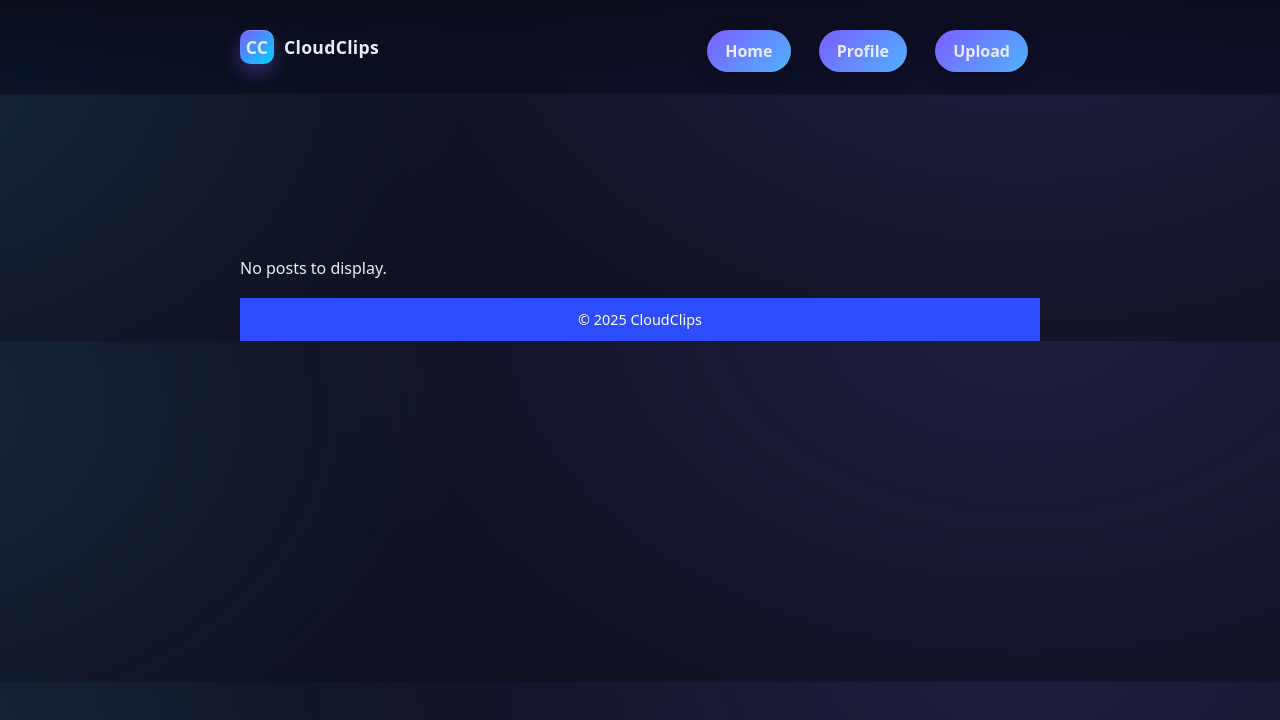
Repository: burhannaseer/CloudClips
Page: index.html
These files come from the project's save history. The page is drawn as it stood at one moment and after the next save; the edit follows.
The browser window is 1280 px wide. The pictures show the whole page.

Above is the page before, as saved 2025-08-14 13:45:54.

### index.html
<!DOCTYPE html>
<html lang="en">
<head>
  <meta charset="UTF-8"/>
  <meta name="viewport" content="width=device-width,initial-scale=1.0"/>
  <title>CloudClips</title>
  <link rel="stylesheet" href="styles.css"/>
  <script src="global.js"></script>
</head>
<header class="navbar">
  <div class="container navbar-inner">
    <a class="brand" href="index.html">
      <span class="brand-badge">CC</span>
      CloudClips
    </a>
    <div class="nav-actions">
      <!-- <button class="theme-toggle btn btn-outline btn-pill" type="button">Toggle Theme</button> -->
      <!-- <a class="btn btn-primary btn-pill" href="upload.html">Upload</a> -->
      <nav>
        <a class="btn btn-primary btn-pill" href="index.html">Home</a>
        <a class="btn btn-primary btn-pill" href="profile.html">Profile</a>
        <a class="btn btn-primary btn-pill" href="upload.html">Upload</a>
        <!-- <a href="signin.html">Sign In</a> -->

      </nav>
    </div>
  </div>
</header>
<section class="reveal" class="hero container reveal">
  <h1>Share moments. Inspire more — with <strong>CloudClips</strong>.</h1>
  <p>Fast uploads, smooth playback, and a sleek new look. Explore trending clips or create your own.</p>
  <div class="mt-4">
    <a class="btn btn-primary btn-pill" href="signup.html">Get Started</a>
    <a class="btn btn-outline btn-pill" href="signin.html">Sign in</a>
  </div>
</section>

  <!-- <header class="container">
    <h1>CloudClips</h1>
    <nav>
      <a href="index.html">Home</a>
      <a href="profile.html">Profile</a>
      <a href="upload.html">Upload</a>
       <a href="signin.html">Sign In</a> -->



  <main class="container">
    <div id="feed" class="feed"></div>
  </main>

  <footer class="container">&copy; 2025 CloudClips</footer>

  <script>
    // Render all posts (same JS as before, but with action buttons wired in)
    function renderPosts(containerId, onlyUserPosts = false) {
      const container = document.getElementById(containerId);
      if (!container) return;

      const posts = JSON.parse(localStorage.getItem('posts')) || [];
      const user = JSON.parse(localStorage.getItem('loggedInUser'));
      const filtered = onlyUserPosts && user
        ? posts.filter(p => p.userEmail === user.email)
        : posts;

      container.innerHTML = filtered.length
        ? filtered.map((p,i) => `
          <div class="post">
            <h3>${p.title || 'Untitled'}</h3>
            ${p.type.startsWith('video')
              ? `<video controls><source src="${p.media}" type="${p.type}"></video>`
              : `<img src="${p.media}" alt="">`
            }
            <p>${p.description}</p>
            <div class="actions">
              <button onclick="likePost(${i})">❤️ ${p.likes}</button>
              <button onclick="sharePost(${i})" title="Share">🔗</button>
              <button onclick="savePost(${i})" title="Save">💾</button>
            </div>
          </div>
        `).join('')
        : '<p>No posts to display.</p>';
    }

    // Wire up home page
    document.addEventListener('DOMContentLoaded', () => renderPosts('feed', false));

    // Existing functions: likePost, sharePost, savePost (implemented in your JS file)
  </script>
</body>
</html>

### styles.css
/* Clean Classic Instagram Clone Theme */

body {
  font-family: Arial, sans-serif;
  background-color: #f5f5f5;
  color: hsl(212, 100%, 51%);
  margin: 0;
  padding: 0;
}

.container {
  width: 90%;
  max-width: 800px;
  margin: 0 auto;
}

header {
  background-color: #2e4dff;
  color: white;
  padding: 15px 0;
  text-align: center;
}

header h1 {
  margin: 0;
  font-size: 1.6em;
}

header nav {
  margin-top: 10px;
}

header nav a {
  color: white;
  text-decoration: none;
  margin: 0 12px;
  font-weight: bold;
}

header nav a:hover {
  text-decoration: underline;
}

main {
  margin-top: 30px;
}

form {
  background-color: white;
  padding: 20px;
  border-radius: 8px;
  margin-bottom: 30px;
  box-shadow: 0 0 5px rgba(0, 0, 0, 0.1);
}

input, textarea {
  width: 100%;
  margin-bottom: 15px;
  padding: 10px;
  font-size: 1rem;
  border: 1px solid #ccc;
  border-radius: 4px;
}

input[type="file"] {
  padding: 6px;
}

button {
  padding: 10px 15px;
  background-color: #333;
  color: white;
  border: none;
  border-radius: 4px;
  font-weight: bold;
  cursor: pointer;
}

button:hover {
  background-color: #555;
}

.feed {
  display: flex;
  flex-direction: column;
  gap: 20px;
}

.post {
  background-color: white;
  border-radius: 10px;
  padding: 15px;
  box-shadow: 0 0 10px rgba(0,0,0,0.05);
}

.post h3 {
  margin-bottom: 10px;
  font-size: 1.2rem;
}

.post img,
.post video {
  width: 100%;
  border-radius: 6px;
  margin-bottom: 10px;
}

.post p {
  margin: 0 0 10px;
}

.actions {
  display: flex;
  justify-content: start;
  gap: 15px;
  font-size: 1.2rem;
}

.actions span {
  cursor: pointer;
}

.actions span:hover {
  opacity: 0.7;
}

footer {
  background-color: #2e4dff;
  color: white;
  text-align: center;
  padding: 10px 0;
  margin-top: 50px;
  font-size: 0.9em;
}

/* Responsive */
@media (max-width: 600px) {
  header nav {
    display: flex;
    flex-direction: column;
    gap: 8px;
  }
}
/* Container for the entire dashboard */
.dashboard-container {
  max-width: 1200px;
  margin: 20px auto;
  padding: 0 15px;
  box-sizing: border-box;
}

/* Table styling */
.dashboard-table {
  width: 100%;
  border-collapse: collapse;
  margin-bottom: 30px;
  font-family: Arial, sans-serif;
}

/* Header row */
.dashboard-table thead {
  background-color: #2c3e50;
  color: #001529;
}

.dashboard-table th {
  padding: 12px;
  text-align: left;
  font-size: 1rem;
  border-bottom: 2px solid #34495e;
}

/* Body rows */
.dashboard-table tbody tr {
  border-bottom: 1px solid #ffff;
}

.dashboard-table tbody tr:nth-child(even) {
  background-color: #001529;
}

.dashboard-table td {
  padding: 12px;
  vertical-align: top;
  font-size: 0.9rem;
}

/* Actions column (e.g., edit, delete buttons) */
.dashboard-table .actions {
  display: flex;
  gap: 8px;
}

.dashboard-table .actions button {
  padding: 6px 12px;
  border: none;
  border-radius: 4px;
  cursor: pointer;
  font-size: 0.85rem;
  background-color: #3498db;
  color: #fff;
  transition: background-color 0.2s;
}

.dashboard-table .actions button:hover {
  background-color: #2980b9;
}

/* Responsive: horizontal scroll on small screens */
@media (max-width: 768px) {
  .dashboard-table {
    display: block;
    overflow-x: auto;
    white-space: nowrap;
  }
}



/* ========== CloudClips Theme Enhancements ========== */
:root{
  --bg: #0f1220;
  --surface: #151a2d;
  --surface-2: #1b2140;
  --text: #e8ecff;
  --muted: #a9b1d6;
  --primary: #7c5cff;
  --primary-2: #4fb3ff;
  --accent: #00d4ff;
  --success: #27c93f;
  --danger: #ff5573;
  --warn: #ffb020;
  --shadow: 0 10px 30px rgba(0,0,0,.35);
}

*{box-sizing:border-box}
html,body{
  margin:0;
  padding:0;
  background: radial-gradient(1200px 800px at 80% -10%, rgba(124,92,255,.15), transparent 60%),
              radial-gradient(1000px 700px at -10% 20%, rgba(79,179,255,.12), transparent 60%),
              var(--bg);
  color:var(--text);
  font-family: ui-sans-serif, system-ui, -apple-system, Segoe UI, Roboto, Inter, "Helvetica Neue", Arial, "Noto Sans", "Apple Color Emoji", "Segoe UI Emoji";
  line-height:1.6;
  scroll-behavior:smooth;
}

/* Container */
.container{width:min(1100px, 92%); margin:0 auto;}

/* Navbar */
.navbar{
  position:sticky; top:0; z-index:50;
  backdrop-filter: saturate(160%) blur(8px);
  background: linear-gradient( to bottom, rgba(10,12,24,.9), rgba(10,12,24,.6) );
  border-bottom: 1px solid rgba(255,255,255,.06);
}
.navbar-inner{ display:flex; align-items:center; justify-content:space-between; padding:14px 0; }
.brand{
  display:flex; align-items:center; gap:10px; font-weight:800; letter-spacing:.3px;
  text-decoration:none; color:var(--text); font-size:1.1rem;
}
.brand-badge{
  display:inline-grid; place-items:center; width:34px;height:34px; border-radius:10px;
  background: linear-gradient(135deg, var(--primary), var(--accent));
  box-shadow: 0 8px 18px rgba(124,92,255,.35), inset 0 1px 0 rgba(255,255,255,.2);
  font-weight:900;
}
.nav-actions{ display:flex; align-items:center; gap:10px; }
.theme-toggle, .btn{
  border:1px solid rgba(255,255,255,.1);
  background: linear-gradient(180deg, var(--surface), var(--surface-2));
  color:var(--text);
  padding:10px 14px; border-radius:12px; cursor:pointer;
  transition: transform .12s ease, background .3s ease, border-color .3s ease, box-shadow .3s ease;
  box-shadow: 0 6px 16px rgba(0,0,0,.25);
}
.theme-toggle:hover, .btn:hover{ transform: translateY(-1px); border-color: rgba(255,255,255,.2); }
.btn:active{ transform: translateY(0); }

/* Buttons */
.btn-primary{
  background: linear-gradient(135deg, var(--primary), var(--primary-2));
  border: none;
}
.btn-outline{ background: transparent; border:1px solid rgba(255,255,255,.18); }
.btn-ghost{ background: transparent; border:none; }
.btn-pill{ border-radius:999px; padding:10px 18px; }

/* Cards */
.card{
  background: linear-gradient(180deg, rgba(255,255,255,.04), rgba(255,255,255,.02));
  border:1px solid rgba(255,255,255,.08);
  border-radius:18px; padding:18px;
  box-shadow: var(--shadow);
  transition: transform .2s ease, box-shadow .2s ease, border-color .2s ease;
}
.card:hover{ transform: translateY(-3px); border-color: rgba(255,255,255,.15); }

/* Inputs */
.input, input[type="text"], input[type="email"], input[type="password"], input[type="file"], textarea, select{
  width:100%; padding:12px 14px; border-radius:12px;
  background: linear-gradient(180deg, var(--surface), var(--surface-2));
  border:1px solid rgba(255,255,255,.1); color:var(--text);
  outline:none; transition: border-color .2s ease, box-shadow .2s ease;
}
.input:focus, input:focus, textarea:focus, select:focus{
  border-color: var(--primary); box-shadow: 0 0 0 3px rgba(124,92,255,.25);
}

/* Grid */
.grid{ display:grid; gap:16px; }
.grid-2{ grid-template-columns: repeat(2, minmax(0,1fr)); }
.grid-3{ grid-template-columns: repeat(3, minmax(0,1fr)); }
@media (max-width: 900px){ .grid-3{ grid-template-columns: 1fr 1fr; } }
@media (max-width: 640px){ .grid-2, .grid-3{ grid-template-columns: 1fr; } }

/* Hero */
.hero{
  padding:64px 0 34px;
}
.hero h1{ font-size: clamp(1.8rem, 4vw, 2.4rem); line-height:1.2; margin:0 0 10px; }
.hero p{ color: var(--muted); margin:0 0 18px; }

/* Footer */
.footer{
  margin-top:40px; padding:22px 0; text-align:center;
  border-top: 1px solid rgba(255,255,255,.08);
  color:var(--muted);
}

/* Reveal Animations */
.reveal{ opacity:0; transform: translateY(16px) scale(.98); transition: opacity .6s ease, transform .6s cubic-bezier(.2,.7,.1,1); }
.reveal.show{ opacity:1; transform: none; }

/* Hover Zoom for media tiles */
.media-tile{
  position:relative; overflow:hidden; border-radius:16px;
  aspect-ratio: 1 / 1.2; background: #0a0d1c;
  border:1px solid rgba(255,255,255,.06);
}
.media-tile img, .media-tile video{
  width:100%; height:100%; object-fit:cover; display:block;
  transition: transform .5s ease;
}
.media-tile:hover img, .media-tile:hover video{ transform: scale(1.05); }

/* Link */
a{ color: var(--primary-2); text-decoration:none; }
a:hover{ text-decoration:underline; }

/* Utility */
.mt-2{ margin-top:8px } .mt-4{ margin-top:16px } .mt-6{ margin-top:24px }
.mb-2{ margin-bottom:8px } .mb-4{ margin-bottom:16px } .mb-6{ margin-bottom:24px }

/* Dark/Light toggle support */
.light body, body.light{
  background: #f6f7fb;
  color:#0b0e1a;
}
.light .navbar{ background: rgba(255,255,255,.8); border-bottom: 1px solid rgba(0,0,0,.06); }
.light .card{ background: white; border-color: rgba(0,0,0,.08); }
.light .btn, .light .input{ background:white; color:#0b0e1a; border-color: rgba(0,0,0,.1); }
.light a{ color:#2d5fff; }
.light .media-tile{ border-color: rgba(0,0,0,.08); }

### global.js

function likePost(index) {
    const posts = JSON.parse(localStorage.getItem('posts')) || [];
    posts[index].likes++;
    localStorage.setItem('posts', JSON.stringify(posts));
    if (typeof renderPosts === 'function') {
        if (document.getElementById('feed')) renderPosts('feed', false);
        if (document.getElementById('myPosts')) renderPosts('myPosts', true);
        if (document.getElementById('homePosts')) renderPosts('homePosts', false);
    }
}

After the next save:
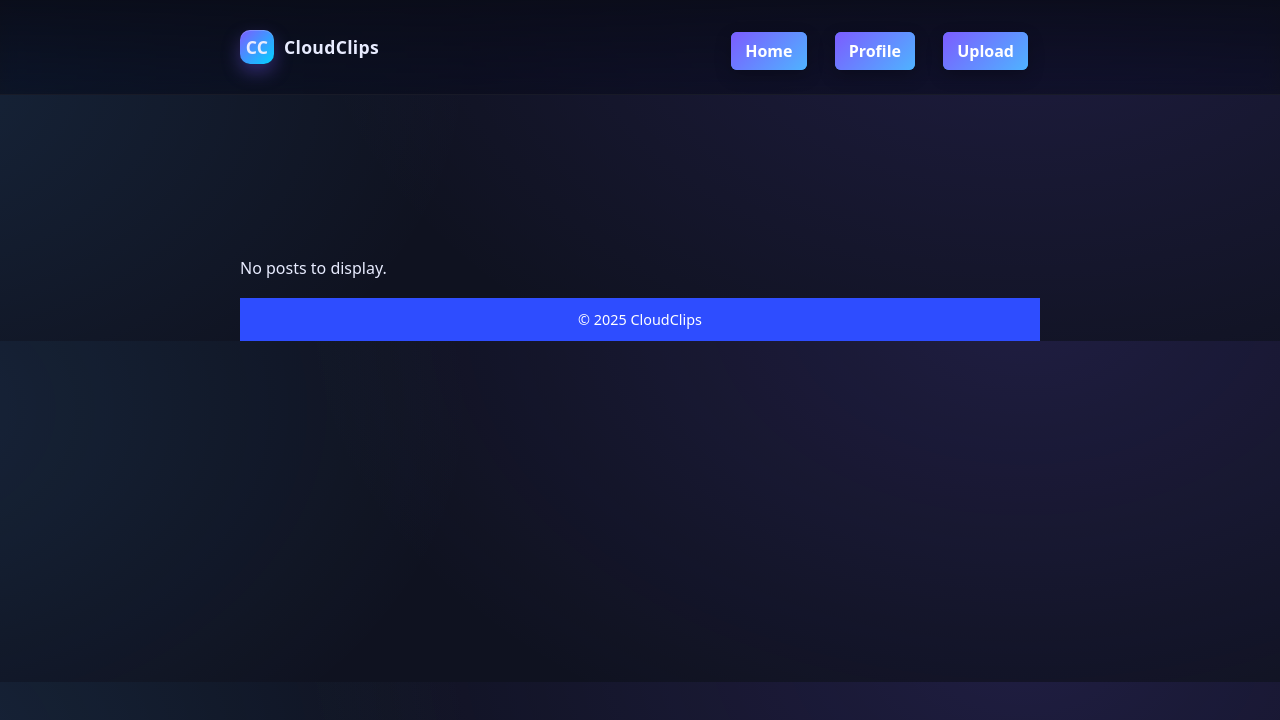
Saved 3 min 43 s later.
--- a/styles.css
+++ b/styles.css
@@ -332,7 +332,7 @@
 
 /* Reveal Animations */
 .reveal{ opacity:0; transform: translateY(16px) scale(.98); transition: opacity .6s ease, transform .6s cubic-bezier(.2,.7,.1,1); }
-.reveal.show{ opacity:1; transform: none; }
+.reveal.show{ opacity:1; transform: display; }
 
 /* Hover Zoom for media tiles */
 .media-tile{
@@ -364,3 +364,30 @@
 .light .btn, .light .input{ background:white; color:#0b0e1a; border-color: rgba(0,0,0,.1); }
 .light a{ color:#2d5fff; }
 .light .media-tile{ border-color: rgba(0,0,0,.08); }
+
+
+/* Improved button style */
+button, .btn {
+    background-color: #3498db;
+    color: #fff;
+    padding: 8px 14px;
+    border: none;
+    border-radius: 6px;
+    cursor: pointer;
+    transition: 0.3s;
+}
+button:hover, .btn:hover {
+    background-color: #2980b9;
+}
+
+/* Post container styling */
+.post {
+    background: #1e1e1e;
+    padding: 12px;
+    border-radius: 10px;
+    margin-bottom: 16px;
+    box-shadow: 0 2px 6px rgba(0,0,0,0.4);
+}
+.post img, .post video {
+    border-radius: 8px;
+}
